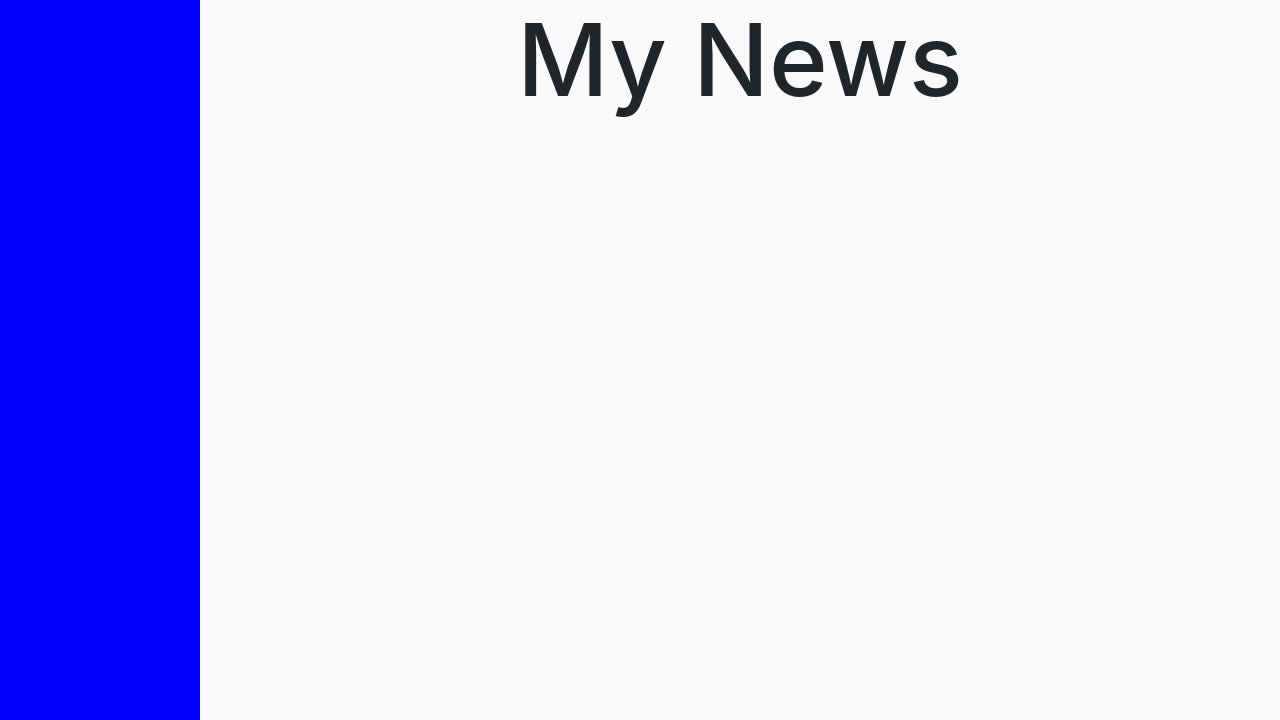
Repository: tts2610/GoogleNews
Page: index.html
An editor plug-in stored every save of this project. The page is shown before and after the next save, followed by the edit.
The browser window is 1280 px wide. The pictures show the whole page.
The page's requests for data from a server got no answer. An inner scrolling area shows only its first screen.

Above is the page before, as saved 2020-05-20 13:57:42.

### index.html
<!DOCTYPE html>
<html lang="en">

<head>
    <meta charset="UTF-8">
    <meta name="viewport" content="width=device-width, initial-scale=1.0">
    <title>Document</title>
    <link rel="stylesheet" href="https://maxcdn.bootstrapcdn.com/bootstrap/4.4.1/css/bootstrap.min.css">

    <!-- jQuery library -->
    <script src="https://ajax.googleapis.com/ajax/libs/jquery/3.5.1/jquery.min.js"></script>

    <!-- Popper JS -->
    <script src="https://cdnjs.cloudflare.com/ajax/libs/popper.js/1.16.0/umd/popper.min.js"></script>

    <!-- Latest compiled JavaScript -->
    <script src="https://maxcdn.bootstrapcdn.com/bootstrap/4.4.1/js/bootstrap.min.js"></script>
    <link rel="stylesheet" href="css/style.css">

    <link href="https://unpkg.com/aos@2.3.1/dist/aos.css" rel="stylesheet">
</head>

<body>
    <div class="myContainer">
        <div class="sidenav"></div>
        <div class="content">
            <div class="content-header mb-4">
                <h1 style="font-size: 100px; text-align: center;">My News</h1>
            </div>
            <div class="row" data-aos="fade-up" data-aos-duration="3000">
                <div class="col-4 d-flex">
                    <div class="blog-entry-left">
                        <div>
                            <img src="img/image_8.jpg" width="200" height="200">
                        </div>
                        <div class="text p-4" style="text-align: center;">
                            <h3 class="mb-2"><a href="single.html">A Loving Heart is the Truest Wisdom</a></h3>
                            <div class="meta-wrap">
                                <p class="meta">
                                    <span><i class="icon-calendar mr-2"></i>Sept. 10, 2019</span>
                                    <span><a href="single.html"><i class="icon-folder-o mr-2"></i>Travel</a></span>
                                    <span><i class="icon-comment2 mr-2"></i>5 Comment</span>
                                </p>
                            </div>
                            <p class="mb-4">A small river named Duden flows by their place and supplies</p>
                            <p><a href="#" class="btn-custom">Read More <span class="ion-ios-arrow-forward"></span></a></p>
                        </div>
                    </div>
                </div>
                <div class="col-8 d-flex">
                    <div class="row">
                        <div class="col-md-12">
                            <div class="blog-entry ftco-animate d-md-flex align-items-center">
                                <div class="text text-2 text-md-right p-4">
                                    <h3 class="mb-2"><a href="single.html">A Loving Heart is the Truest Wisdom</a></h3>
                                    <div class="meta-wrap">
                                        <p class="meta">
                                            <span><i class="icon-calendar mr-2"></i>Sept. 10, 2019</span>
                                            <span><a href="single.html"><i class="icon-folder-o mr-2"></i>Travel</a></span>
                                            <span><i class="icon-comment2 mr-2"></i>5 Comment</span>
                                        </p>
                                    </div>
                                    <p class="mb-4">A small river named Duden flows by their place and supplies</p>
                                    <p><a href="#" class="btn-custom">Read More <span class="ion-ios-arrow-forward"></span></a></p>
                                </div>
                                <div class="news-img"><img src="img/image_8.jpg" width="200" height="200"></div>
                            </div>
                        </div>
                        <div class="col-md-12">
                            <div class="blog-entry ftco-animate d-md-flex align-items-center">
                                <div class="text text-2 text-md-right p-4">
                                    <h3 class="mb-2"><a href="single.html">A Loving Heart is the Truest Wisdom</a></h3>
                                    <div class="meta-wrap">
                                        <p class="meta">
                                            <span><i class="icon-calendar mr-2"></i>Sept. 10, 2019</span>
                                            <span><a href="single.html"><i class="icon-folder-o mr-2"></i>Travel</a></span>
                                            <span><i class="icon-comment2 mr-2"></i>5 Comment</span>
                                        </p>
                                    </div>
                                    <p class="mb-4">A small river named Duden flows by their place and supplies</p>
                                    <p><a href="#" class="btn-custom">Read More <span class="ion-ios-arrow-forward"></span></a></p>
                                </div>
                                <div class="news-img"><img src="img/image_8.jpg" width="200" height="200"></div>
                            </div>
                        </div>
                    </div>
                </div>
            </div>

            <div class="row" data-aos="fade-up" data-aos-duration="3000">
                <div class="col-4 d-flex">
                    <div class="blog-entry-left">
                        <div>
                            <img src="img/image_8.jpg" width="200" height="200">
                        </div>
                        <div class="text p-4" style="text-align: center;">
                            <h3 class="mb-2"><a href="single.html">A Loving Heart is the Truest Wisdom</a></h3>
                            <div class="meta-wrap">
                                <p class="meta">
                                    <span><i class="icon-calendar mr-2"></i>Sept. 10, 2019</span>
                                    <span><a href="single.html"><i class="icon-folder-o mr-2"></i>Travel</a></span>
                                    <span><i class="icon-comment2 mr-2"></i>5 Comment</span>
                                </p>
                            </div>
                            <p class="mb-4">A small river named Duden flows by their place and supplies</p>
                            <p><a href="#" class="btn-custom">Read More <span class="ion-ios-arrow-forward"></span></a></p>
                        </div>
                    </div>
                </div>
                <div class="col-8 d-flex">
                    <div class="row">
                        <div class="col-md-12">
                            <div class="blog-entry ftco-animate d-md-flex align-items-center">
                                <div class="text text-2 text-md-right p-4">
                                    <h3 class="mb-2"><a href="single.html">A Loving Heart is the Truest Wisdom</a></h3>
                                    <div class="meta-wrap">
                                        <p class="meta">
                                            <span><i class="icon-calendar mr-2"></i>Sept. 10, 2019</span>
                                            <span><a href="single.html"><i class="icon-folder-o mr-2"></i>Travel</a></span>
                                            <span><i class="icon-comment2 mr-2"></i>5 Comment</span>
                                        </p>
                                    </div>
                                    <p class="mb-4">A small river named Duden flows by their place and supplies</p>
                                    <p><a href="#" class="btn-custom">Read More <span class="ion-ios-arrow-forward"></span></a></p>
                                </div>
                                <div class="news-img"><img src="img/image_8.jpg" width="200" height="200"></div>
                            </div>
                        </div>
                        <div class="col-md-12">
                            <div class="blog-entry ftco-animate d-md-flex align-items-center">
                                <div class="text text-2 text-md-right p-4">
                                    <h3 class="mb-2"><a href="single.html">A Loving Heart is the Truest Wisdom</a></h3>
                                    <div class="meta-wrap">
                                        <p class="meta">
                                            <span><i class="icon-calendar mr-2"></i>Sept. 10, 2019</span>
                                            <span><a href="single.html"><i class="icon-folder-o mr-2"></i>Travel</a></span>
                                            <span><i class="icon-comment2 mr-2"></i>5 Comment</span>
                                        </p>
                                    </div>
                                    <p class="mb-4">A small river named Duden flows by their place and supplies</p>
                                    <p><a href="#" class="btn-custom">Read More <span class="ion-ios-arrow-forward"></span></a></p>
                                </div>
                                <div class="news-img"><img src="img/image_8.jpg" width="200" height="200"></div>
                            </div>
                        </div>
                    </div>
                </div>
            </div>


        </div>
    </div>

    <script src="js/script.js"></script>
    <script src="https://unpkg.com/aos@2.3.1/dist/aos.js"></script>
</body>

</html>

### css/style.css
body {
    margin: 0
}

.myContainer {
    display: flex;
    justify-content: start;
}

.sidenav {
    height: 100vh;
    width: 200px;
    float: left;
    position: relative;
    background-color: blue;
}

.content {
    height: 100vh;
    width: calc(100% - 200px);
    float: right;
    position: relative;
    background-color: #f8f9fa;
    overflow-y: scroll;
}

.blog-entry-left {
    display: flex;
    flex-direction: column;
    align-items: center;
}

### js/script.js
let newsList = [];
const apiKey = "2dc86bcdc7184b17b45b74b30858f75a"
const loadNews = async() => {
    let url = `https://newsapi.org/v2/top-headlines?country=us&apiKey=${apiKey}`;
    let data = await fetch(url);
    let result = await data.json();

    console.log("what we get here", result);
}

loadNews();

After the next save:
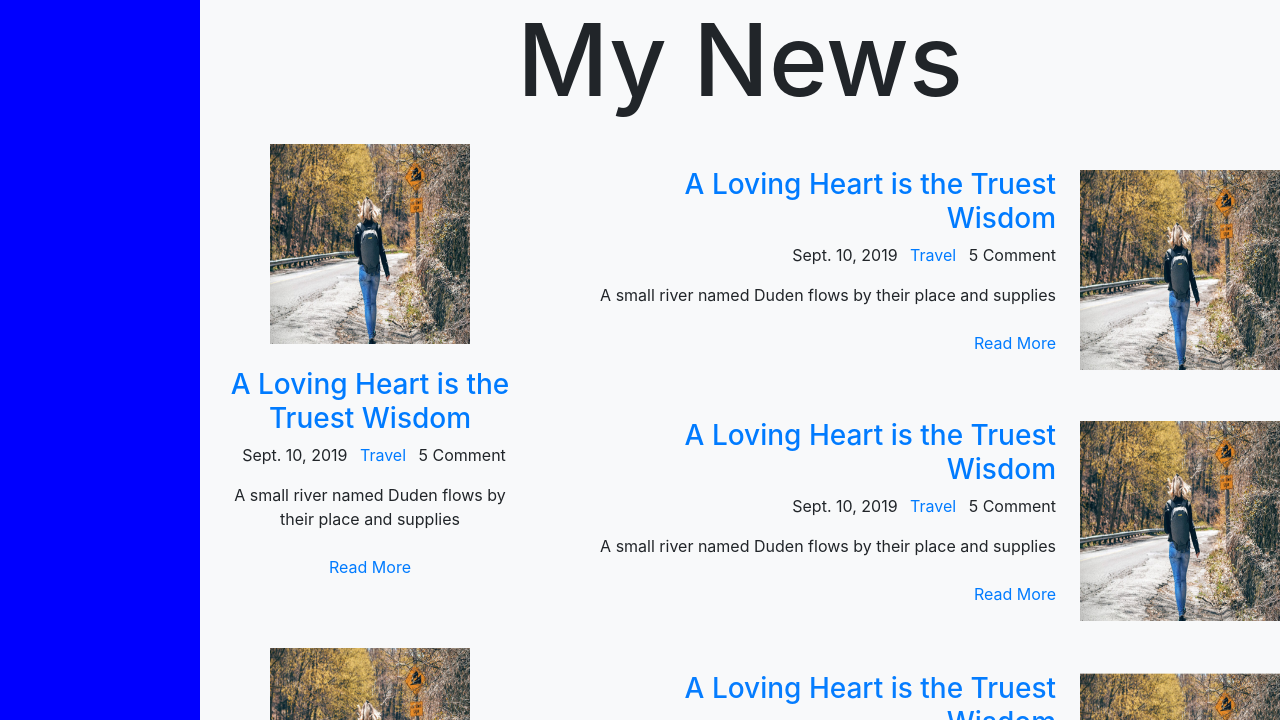
Saved 35 s later.
--- a/index.html
+++ b/index.html
@@ -153,6 +153,9 @@
 
     <script src="js/script.js"></script>
     <script src="https://unpkg.com/aos@2.3.1/dist/aos.js"></script>
+    <script>
+        AOS.init();
+    </script>
 </body>
 
 </html>
